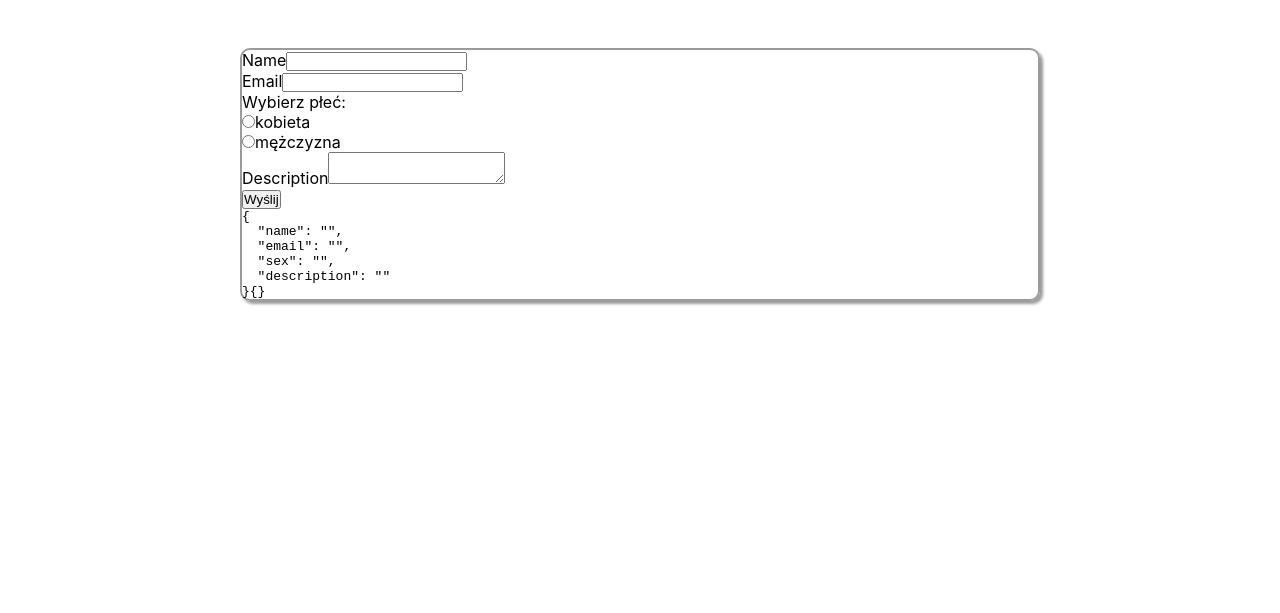
Repository: KrzysKolo/sr_tydzien4_zad3
Page: /
These files come from the project's save history. The page is drawn as it stood at one moment and after the next save; the edit follows.
The browser window is 1280 px wide. The pictures show the whole page.
The project was rebuilt for these pictures with package versions that can differ from the ones it lists, and the page was loaded fresh each time. Also part of the build but not shown: src/components/FormComponents/TextError.js.

Above is the page before, as saved 2020-11-19 13:34:53.

After the next save:
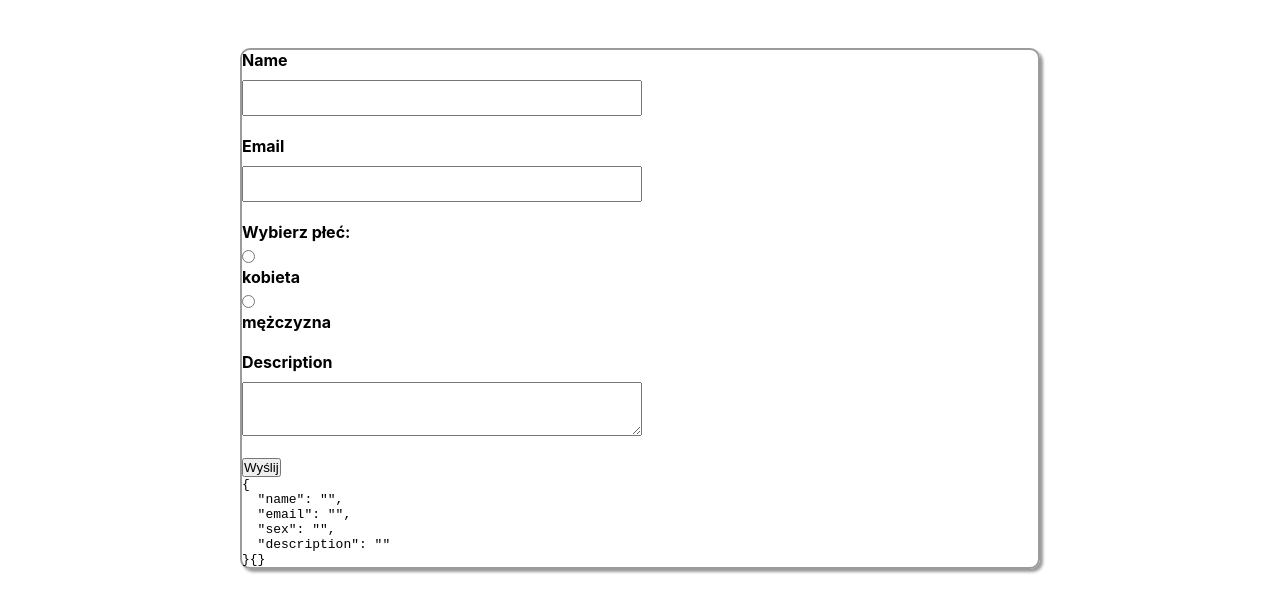
Saved 107 s later.
--- a/src/App.css
+++ b/src/App.css
@@ -10,3 +10,26 @@
   border-radius: 10px;
   box-shadow: 3px 3px 3px rgb(155, 155, 155);
 }
+
+label {
+  font-weight: bold;
+  display: flex;
+  margin-bottom: 5px;
+}
+input[type="text"],
+input[type="email"],
+textarea {
+  display: block;
+  width: 400px;
+  padding: 6px 12px;
+  font-size: 14px;
+  line-height: 1.4285;
+  color: #555;
+  margin: 10px 0;
+}
+.form-control {
+  margin-bottom: 20px;
+}
+.error {
+  color: red;
+}
